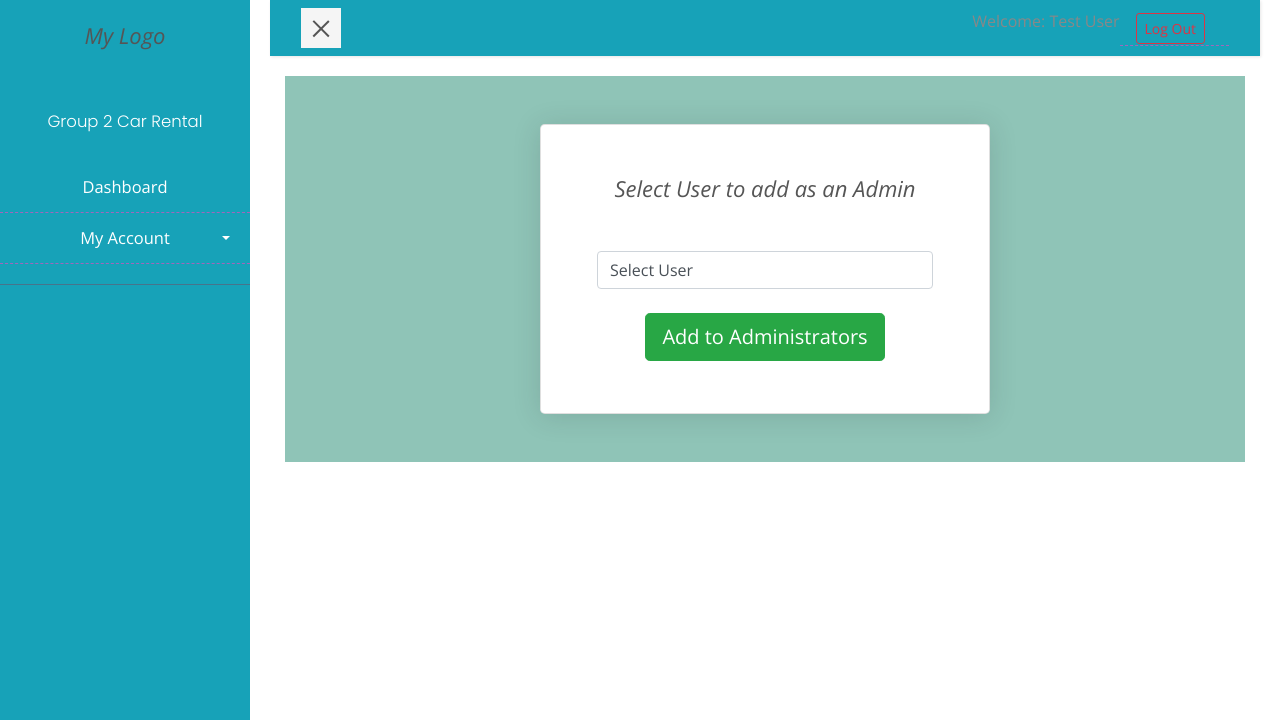
Repository: Cwills21/Aiti-dbc26.1-group-2
Page: http://localhost/admin/add
The author's editor kept a copy of each file at every save. The page is drawn from the files as they stood at one save, then again after the next save.
The browser window is 1280 px wide. The pictures show the whole page.
Some web libraries are served in a nearby version. The page is served by the project's Laravel application, run on PHP 8.4 with Laravel 8. A made-up administrator, Test User (test@example.com), is signed in. Other server files are loaded and not shown. Queries for data that is not in the repository find no rows.

Above is the page before, as saved 2022-03-24 10:28:55.

### routes/web.php
<?php

use App\Http\Controllers\CarController;
use App\Http\Controllers\RentController;
use App\Http\Controllers\CustomerController;
use App\Http\Controllers\Auth\RegisteredUserController;
use Illuminate\Support\Facades\Route;

/*
|--------------------------------------------------------------------------
| Web Routes
|--------------------------------------------------------------------------
|
| Here is where you can register web routes for your application. These
| routes are loaded by the RouteServiceProvider within a group which
| contains the "web" middleware group. Now create something great!
|
*/


Route::get('/', [CarController::class, 'welcome'])->name('welcome');
Route::get('/dashbd', [CarController::class, 'dashbd'])->name('dashbd');

// Route::get('/dashboard', function () {
//     return view('dashboard');
// })->middleware(['auth'])->name('dashboard');

require __DIR__.'/auth.php';

//Cars
Route::prefix('/cars')->group(function(){
    Route::get('/', [CarController::class, 'showAllCars'])->name('showAllCars');
    Route::get('/add', [CarController::class, 'showAddCarPage'])->name('showAddCarPage');
    Route::get('/{id}/edit', [CarController::class, 'showEditCarPage'])->name('updateCar');

    Route::post('/', [CarController::class, 'saveCar'])->name('saveCar');
    Route::put('/', [CarController::class, 'updateCar']);
    Route::delete('/', [CarController::class, 'deleteCar'])->name('deleteCar');

    });
//Users
Route::prefix('/admin')->group(function(){
    // Route::get('/', [CarController::class, 'showAllCars'])->name('showAllCars');
    Route::get('/add', [RegisteredUserController::class, 'showAddAdmin'])->name('showAddAdmin');
    Route::put('/', [RegisteredUserController::class, 'addAdmin']);
    });

//Rent
Route::prefix('/rent')->group(function(){
    Route::get('/{id}/rent', [RentController::class, 'showRentCarPage'])->name('rentCar');
    });

//Customers
    //Route::prefix('/customers')->group(function(){
        // Route::get('/', [CarController::class, 'showAllCars'])->name('showAllCars');
        //Route::get('/add', [CustomerController::class, 'showAddCustomerPage'])->name('AddProfile');
        // Route::get('/{id}/edit', [CarController::class, 'showEditCarPage'])->name('updateCar');

        // Route::post('/', [CarController::class, 'saveCar'])->name('saveCar');
        // Route::put('/', [CarController::class, 'updateCar']);
        // Route::delete('/', [CarController::class, 'deleteCar'])->name('deleteCar');

        //});

Route::get('/customers', [CustomerController::class, 'showAllCustomers'])->middleware(['auth']);
Route::get('/customers/add', [CustomerController::class, 'showAddCustomerPage'])->name('AddProfile');
// Route::get('/courses/{id}', [CourseController::class, 'showOneCourse'])->name('viewCourse');

Route::get('/customers/{id}/edit', [CustomerController::class, 'showEditCustomerPage'])->name('updateCustomer');
Route::post('/customers', [CustomerController::class, 'saveCustomer'])->name('saveCustomer');
Route::put('/customers', [CustomerController::class, 'updateCustomer']);
Route::delete('/customers', [CustomerController::class, 'deleteCustomer'])->name('deleteCustomer');

### app/Models/User.php
<?php

namespace App\Models;

use Illuminate\Contracts\Auth\MustVerifyEmail;
use Illuminate\Database\Eloquent\Factories\HasFactory;
use Illuminate\Foundation\Auth\User as Authenticatable;
use Illuminate\Notifications\Notifiable;
use Laravel\Sanctum\HasApiTokens;

class User extends Authenticatable
{
    use HasApiTokens, HasFactory, Notifiable;

    /**
     * The attributes that are mass assignable.
     *
     * @var array<int, string>
     */
    protected $fillable = [
        'user_type',
        'name',
        'email',
        'password',
    ];

    /**
     * The attributes that should be hidden for serialization.
     *
     * @var array<int, string>
     */
    protected $hidden = [
        'password',
        'remember_token',
    ];

    /**
     * The attributes that should be cast.
     *
     * @var array<string, string>
     */
    protected $casts = [
        'email_verified_at' => 'datetime',
    ];
}

### app/Http/Controllers/Auth/RegisteredUserController.php
<?php

namespace App\Http\Controllers\Auth;

use App\Http\Controllers\Controller;
use App\Models\User;
use App\Providers\RouteServiceProvider;
use Illuminate\Auth\Events\Registered;
use Illuminate\Http\Request;
use Illuminate\Support\Facades\Auth;
use Illuminate\Support\Facades\Hash;
use Illuminate\Validation\Rules;
use Illuminate\Support\Facades\DB;

class RegisteredUserController extends Controller
{
    /**
     * Display the registration view.
     *
     * @return \Illuminate\View\View
     */
    public function create()
    {
        return view('auth.register');
    }

    /**
     * Handle an incoming registration request.
     *
     * @param  \Illuminate\Http\Request  $request
     * @return \Illuminate\Http\RedirectResponse
     *
     * @throws \Illuminate\Validation\ValidationException
     */
    public function store(Request $request)
    {
        $request->validate([
            'name' => ['required', 'string', 'max:255'],
            'email' => ['required', 'string', 'email', 'max:255', 'unique:users'],
            'password' => ['required', 'confirmed', Rules\Password::defaults()],
        ]);

        $user = User::create([
            'user_type' => 'Client',
            'name' => $request->name,
            'email' => $request->email,
            'password' => Hash::make($request->password),
        ]);

        event(new Registered($user));

        Auth::login($user);

        return redirect('/');
    }
    public function showAddAdmin() {
        $users = DB::table('users')
        ->where('user_type', '=', 'Client')
        ->get();
        return view('admins.add_admin')
        ->with('admins', $users);
    }
    public function addAdmin(Request $request){
        $Admin = User::findOrFail($request->input('id'));
        $Admin->user_type = 'Admin';
        $Admin->save();
        session()->flash('alert', $Admin->name. ' updated successfully');
        return redirect('/admin/add');
    }
}

### resources/views/admins/add_admin.blade.php
@extends('layout.master')

@section('page_title', 'Add Admin')

@section('content')
<section class="h-100 h-custom" style="background-color: #8fc4b7;">
  <div class="container py-5 h-100">
    <div class="row d-flex justify-content-center align-items-center h-100">
      <div class="col-lg-8 col-xl-6">
        <div class="card rounded-3">
          <!-- <img src="https://mdbcdn.b-cdn.net/img/Photos/new-templates/bootstrap-registration/img3.webp" class="w-100" style="border-top-left-radius: .3rem; border-top-right-radius: .3rem;" alt="Sample photo"> -->
          <div class="card-body p-4 p-md-5">
            <h3 class="mb-4 pb-2 pb-md-0 mb-md-5 px-md-2">Select User to add as an Admin</h3>

            <form action="/admin" method="POST" class="px-md-2">
              @csrf
              @method('PUT')
              <div class="mb-4">
              <select name="id" class="select form-control">
              <option>Select User</option>
              @foreach ($admins as $admin)
              <option value="{{$admin->id}}">{{$admin->name}}  [{{$admin->email}}]</option>
              @endforeach
            </select>
              </div>

              <button type="submit" class="btn btn-success btn-lg mb-1">Add to Administrators</button>
            </form>

          </div>
        </div>
      </div>
    </div>
  </div>
</section>
@endsection

### resources/views/layout/master.blade.php
<!DOCTYPE html>
<html>
<head>


    <meta charset="utf-8" />
    <meta name="viewport" content="width=device-width, initial-scale=1.0" />
    <meta http-equiv="X-UA-Compatible" content="IE=edge">
    <title>Car Rent &mdash; DBC26.1 G2</title>

    <link rel="stylesheet" href="{{url('css/bootstrap.css')}}">
     <link rel="stylesheet" href="{{url('css/style.css')}}"/>
     <link rel="stylesheet" href="{{url('css/details.css')}}"/>

     <!-- CSS -->
     <link rel="stylesheet" href="https://fonts.googleapis.com/css?family=Open+Sans:300,300i,400,600">
     <!-- CSS only -->
        <link href="https://cdn.jsdelivr.net/npm/bootstrap@5.1.3/dist/css/bootstrap.min.css" rel="stylesheet" integrity="sha384-1BmE4kWBq78iYhFldvKuhfTAU6auU8tT94WrHftjDbrCEXSU1oBoqyl2QvZ6jIW3" crossorigin="anonymous">

        <link rel="stylesheet" href="https://stackpath.bootstrapcdn.com/bootstrap/4.2.1/css/bootstrap.min.css" integrity="sha384-GJzZqFGwb1QTTN6wy59ffF1BuGJpLSa9DkKMp0DgiMDm4iYMj70gZWKYbI706tWS" crossorigin="anonymous">
        <link rel="stylesheet" href="https://use.fontawesome.com/releases/v5.7.0/css/all.css" integrity="sha384-lZN37f5QGtY3VHgisS14W3ExzMWZxybE1SJSEsQp9S+oqd12jhcu+A56Ebc1zFSJ" crossorigin="anonymous">
        <link rel="stylesheet" href="{{url('assets/css/animate.css')}}">
        <link rel="stylesheet" href="{{url('assets/css/style.css')}}">
        <link rel="stylesheet" href="{{url('assets/css/media-queries.css')}}">
        <link rel="stylesheet" href="{{url('assets/css/carousel.css')}}">

        <!-- Favicon and touch icons -->
        <link rel="shortcut icon" href="{{url('assets/ico/favicon.png')}}">
        <link rel="apple-touch-icon-precomposed" sizes="144x144" href="{{url('assets/ico/apple-touch-icon-144-precomposed.png')}}">
        <link rel="apple-touch-icon-precomposed" sizes="114x114" href="{{url('assets/ico/apple-touch-icon-114-precomposed.png')}}">
        <link rel="apple-touch-icon-precomposed" sizes="72x72" href="{{url('assets/ico/apple-touch-icon-72-precomposed.png')}}">
        <link rel="apple-touch-icon-precomposed" href="{{url('assets/ico/apple-touch-icon-57-precomposed.png')}}">

</head>

<body>

    <div class="wrapper">
        <!-- Sidebar Holder -->
        <nav id="sidebar">
            <div class="sidebar-header">
                <h3>My Logo</h3>
            </div>

            <ul class="list-unstyled components">
                <p>Group 2 Car Rental</p>
                <li class="active">
                    <a class="nav-link active" href="{{ route('dashbd') }}">Dashboard</a>
                </li>
               @if(session('user_type')=="Admin")
                <li>
                    <a href="#adminSubmenu" data-toggle="collapse" aria-expanded="false" class="dropdown-toggle text-white" style="background:#17a2b8; color:white">Admin</a>
                    <ul class="collapse list-unstyled" id="adminSubmenu">
                        <li class="active">
                           <a class="nav-link active" href="{{ route('showAllCars') }}">view Cars</a>
                        </li>
                        <li>
                            <a style="background:#17a2b8; color:white" href="{{route('showAddAdmin')}}">Add admin user</a>
                        </li>
                        <li>
                            <a style="background:#17a2b8; color:white" href="#">View Customers</a>
                        </li>
                        <li>
                            <a style="background:#17a2b8; color:white" href="#">Pending Transactions</a>
                        </li>
                        <li>
                            <a style="background:#17a2b8; color:white" href="#">Approved Transactions</a>
                        </li>
                    </ul>
                </li>
               @endif
                <li>
                    <a href="#clientSubmenu" data-toggle="collapse" aria-expanded="false" class="dropdown-toggle text-white" style="background:#17a2b8; color:white">My Account</a>
                    <ul class="collapse list-unstyled" id="clientSubmenu">
                        <li>
                            <a style="background:#17a2b8; color:white" href="{{route('AddProfile')}}">Add Profile</a>
                        </li>
                        <li>
                            <a style="background:#17a2b8; color:white" href="#">History</a>
                        </li>
                        <li>
                            <a style="background:#17a2b8; color:white" href="#">Pending Transactions</a>
                        </li>
                    </ul>
                </li>
            </ul>
        </nav>

        <!-- Page Content Holder -->
        <div id="content">

            <nav class="navbar navbar-expand-lg navbar-light" style="background:#17a2b8">
                <div class="container-fluid">

                    <button type="button" id="sidebarCollapse" class="navbar-btn">
                        <span></span>
                        <span></span>
                        <span></span>
                        </button>
                    <button class="btn btn-dark d-inline-block d-lg-none ml-auto" type="button" data-toggle="collapse" data-target="#navbarSupportedContent" aria-controls="navbarSupportedContent" aria-expanded="false" aria-label="Toggle navigation">
                        <i class="fas fa-align-justify"></i>
                    </button>

                    <div class="collapse navbar-collapse" id="navbarSupportedContent">
                        <ul class="nav navbar-nav ml-auto">
                        @if (Route::has('login'))
                        @auth
                        <h6 class="">Welcome: {{Auth::user()->name}}</h6>
                        <form method="POST" action="{{ route('logout') }}">
                                    @csrf
                                    <x-responsive-nav-link :href="route('logout')"
                                            onclick="event.preventDefault();
                                                        this.closest('form').submit();">
                                        <button class="nav-item btn btn btn-outline-danger btn-sm">Log Out</button>
                                    </x-responsive-nav-link>
                        </form>
                        @else

                            <!-- <a href="{{ route('login') }}" class="nav-link">Log in</a> -->

                            @if (Route::has('register'))

                            <!-- <a href="{{ route('register') }}" class="nav-link">Register</a> -->

                            @endif
                        @endauth

                    @endif
                        </ul>
                    </div>
                </div>
            </nav>
            <div class="container-fluid content">
            @include('common.alert')
            {{-- @include('common.errors') --}}
            @yield('content')
            </div>

       </div>
    </div>

          @yield('modal')

    <!-- jQuery CDN - Slim version (=without AJAX) -->
    <script src="https://code.jquery.com/jquery-3.3.1.slim.min.js" integrity="sha384-q8i/X+965DzO0rT7abK41JStQIAqVgRVzpbzo5smXKp4YfRvH+8abtTE1Pi6jizo" crossorigin="anonymous"></script>
    <!-- Popper.JS -->
    <script src="https://cdnjs.cloudflare.com/ajax/libs/popper.js/1.14.0/umd/popper.min.js" integrity="sha384-cs/chFZiN24E4KMATLdqdvsezGxaGsi4hLGOzlXwp5UZB1LY//20VyM2taTB4QvJ" crossorigin="anonymous"></script>
    <!-- Bootstrap JS -->
    <script src="https://cdn.jsdelivr.net/npm/bootstrap@5.1.3/dist/js/bootstrap.bundle.min.js" integrity="sha384-ka7Sk0Gln4gmtz2MlQnikT1wXgYsOg+OMhuP+IlRH9sENBO0LRn5q+8nbTov4+1p" crossorigin="anonymous"></script>


   <script type="text/javascript">
        $(document).ready(function () {
            $('#sidebarCollapse').on('click', function () {
                $('#sidebar').toggleClass('active');
                $(this).toggleClass('active');
            });
        });
    </script>

         <script src="{{url('assets/js/jquery-3.3.1.min.js')}}"></script>
         <!-- JavaScript Bundle with Popper -->
		<script src="{{url('assets/js/jquery-migrate-3.0.0.min.js')}}"></script>
        <script src="https://cdn.jsdelivr.net/npm/bootstrap@5.1.3/dist/js/bootstrap.bundle.min.js" integrity="sha384-ka7Sk0Gln4gmtz2MlQnikT1wXgYsOg+OMhuP+IlRH9sENBO0LRn5q+8nbTov4+1p" crossorigin="anonymous"></script>
		<script src="https://cdnjs.cloudflare.com/ajax/libs/popper.js/1.14.6/umd/popper.min.js" integrity="sha384-wHAiFfRlMFy6i5SRaxvfOCifBUQy1xHdJ/yoi7FRNXMRBu5WHdZYu1hA6ZOblgut" crossorigin="anonymous"></script>
		<script src="https://stackpath.bootstrapcdn.com/bootstrap/4.2.1/js/bootstrap.min.js" integrity="sha384-B0UglyR+jN6CkvvICOB2joaf5I4l3gm9GU6Hc1og6Ls7i6U/mkkaduKaBhlAXv9k" crossorigin="anonymous"></script>
        <script src="{{url('assets/js/jquery.backstretch.min.js')}}"></script>
        <script src="{{url('assets/js/wow.min.js')}}"></script>
        <script src="{{url('assets/js/scripts.js')}}"></script>



</body>
</html>

### resources/views/common/alert.blade.php
 @if(session()->has('alert'))
 <div class="alert alert-success" role="alert">
  {{session('alert')}}
</div>
@endif

### public/css/details.css
body {
    margin-top: 20px;
    background-color: #f2f6fc;
    color: #69707a;
}

.img-account-profile {
    height: 10rem;
}

.rounded-circle {
    border-radius: 50% !important;
}

.card {
    box-shadow: 0 0.15rem 1.75rem 0 rgb(33 40 50 / 15%);
}

    .card .card-header {
        font-weight: 500;
    }

.card-header:first-child {
    border-radius: 0.35rem 0.35rem 0 0;
}

.card-header {
    padding: 1rem 1.35rem;
    margin-bottom: 0;
    background-color: rgba(33, 40, 50, 0.03);
    border-bottom: 1px solid rgba(33, 40, 50, 0.125);
}

.form-control, .dataTable-input {
    display: block;
    width: 100%;
    padding: 0.875rem 1.125rem;
    font-size: 0.875rem;
    font-weight: 400;
    line-height: 1;
    color: #69707a;
    background-color: #fff;
    background-clip: padding-box;
    border: 1px solid #c5ccd6;
    -webkit-appearance: none;
    -moz-appearance: none;
    appearance: none;
    border-radius: 0.35rem;
    transition: border-color 0.15s ease-in-out, box-shadow 0.15s ease-in-out;
}

.nav-borders .nav-link.active {
    color: #0061f2;
    border-bottom-color: #0061f2;
}

.nav-borders .nav-link {
    color: #69707a;
    border-bottom-width: 0.125rem;
    border-bottom-style: solid;
    border-bottom-color: transparent;
    padding-top: 0.5rem;
    padding-bottom: 0.5rem;
    padding-left: 0;
    padding-right: 0;
    margin-left: 1rem;
    margin-right: 1rem;
}

### public/assets/css/media-queries.css

@media (min-width: 992px) and (max-width: 1199px) {

	.section-1-box .section-1-box-icon { width: 60px; height: 60px; font-size: 32px; line-height: 60px; }

}

@media (min-width: 768px) and (max-width: 991px) {

	.navbar-expand-md .navbar-nav .nav-link { padding-left: 0.6rem; padding-right: 0.6rem; }

	.section-description p { padding: 0; }

	.section-1-box .section-1-box-icon { width: 50px; height: 50px; font-size: 26px; line-height: 50px; }

	.section-3-box .section-3-box-icon { width: 50px; height: 50px; font-size: 26px; line-height: 50px; }

}

@media (max-width: 767px) {

	.navbar-dark .navbar-toggler { border-color: #444; }
	.navbar-dark .navbar-toggler:focus { background: #333; outline: 0; }
	.navbar-expand-md .navbar-nav .nav-link { padding-top: 0.3rem; padding-bottom: 0.3rem; }

	.section-description p { padding: 0; }

	.section-1-container { padding-bottom: 60px; }
	.section-1-box { text-align: center; }
	.section-1-box h3 { margin-top: 20px; padding-top: 10px; }

	.section-3-box { text-align: center; }
	.section-3-box h3 { margin-top: 20px; padding-top: 10px; }

}

@media (max-width: 415px) {

	h1, h2 { font-size: 32px; }

}


/* Retina-ize images/icons */

@media
only screen and (-webkit-min-device-pixel-ratio: 2),
only screen and (   min--moz-device-pixel-ratio: 2),
only screen and (     -o-min-device-pixel-ratio: 2/1),
only screen and (        min-device-pixel-ratio: 2),
only screen and (                min-resolution: 192dpi),
only screen and (                min-resolution: 2dppx) {

	/* logo */
    .navbar-brand {
    	background-image: url(../img/logo@2x.png) !important; background-repeat: no-repeat !important; background-size: 123px 34px !important;
    }

}

Loaded but not shown: routes/auth.php (common file); app/Http/Controllers/Controller.php (common file); resources/views/components/responsive-nav-link.blade.php (common file); public/css/bootstrap.css (library); public/assets/css/animate.css (library); public/assets/js/jquery-3.3.1.min.js (library); public/assets/js/jquery-migrate-3.0.0.min.js (library); public/assets/js/jquery.backstretch.min.js (library); public/assets/js/wow.min.js (library); public/assets/js/scripts.js (63 lines, source omitted); public/assets/css/carousel.css (212 lines, source omitted); public/assets/css/style.css (127 lines, source omitted); public/css/style.css (233 lines, source omitted)

After the next save:
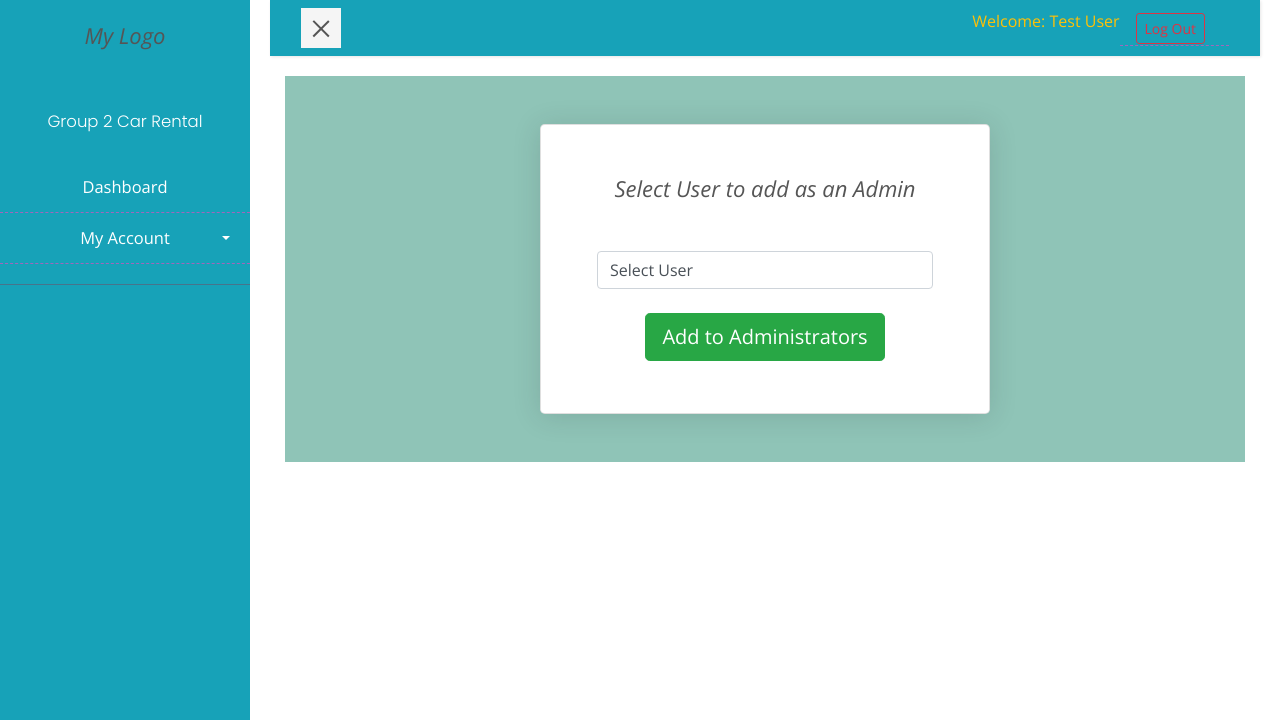
Saved 3 min 38 s later.
--- a/resources/views/layout/master.blade.php
+++ b/resources/views/layout/master.blade.php
@@ -105,7 +105,7 @@
                         <ul class="nav navbar-nav ml-auto">
                         @if (Route::has('login'))
                         @auth
-                        <h6 class="">Welcome: {{Auth::user()->name}}</h6>
+                        <h6 class="text-warning">Welcome: {{Auth::user()->name}}</h6>
                         <form method="POST" action="{{ route('logout') }}">
                                     @csrf
                                     <x-responsive-nav-link :href="route('logout')"
